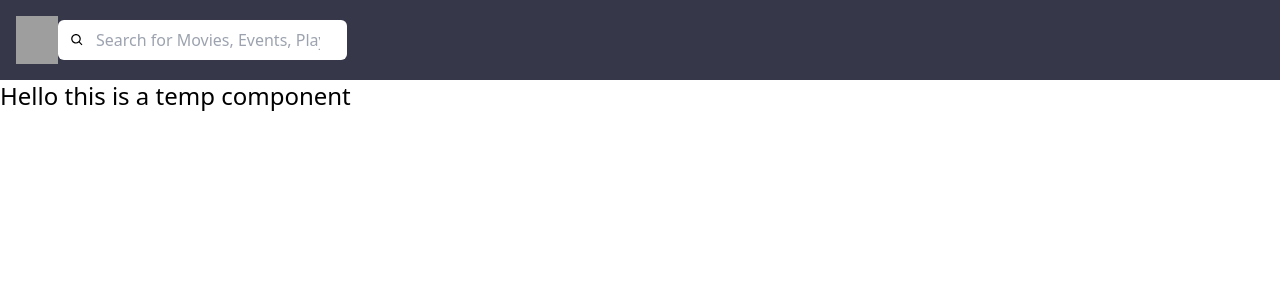
Repository: srush-shah/book-my-show-clone
Page: /
An editor plug-in stored every save of this project. The page is shown before and after a run of saves, followed by the edit.
The browser window is 1280 px wide. The pictures show the whole page.
Pictures or frames that could not be fetched are drawn as grey boxes. The project was rebuilt for these pictures with package versions that can differ from the ones it lists, and the page was loaded fresh each time.

Above is the page before, as saved 2022-11-23 02:17:22.

After the next 2 saves:
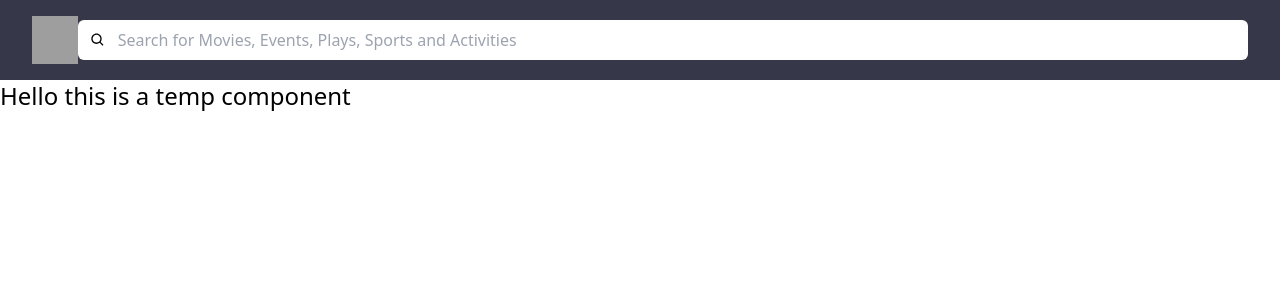
The 2 saves are shown as one change because they came seconds apart.
The last was saved 10 s later.
--- a/src/components/Navbar/navbar.component.jsx
+++ b/src/components/Navbar/navbar.component.jsx
@@ -33,7 +33,7 @@ const NavMd = () => {
 const NavLg = () => {
   return (
     <>
-      <div className="">
+      <div className="container mx-auto px-4">
         <div className="flex items-center">
           <div className="w-12 h-12">
             <img
